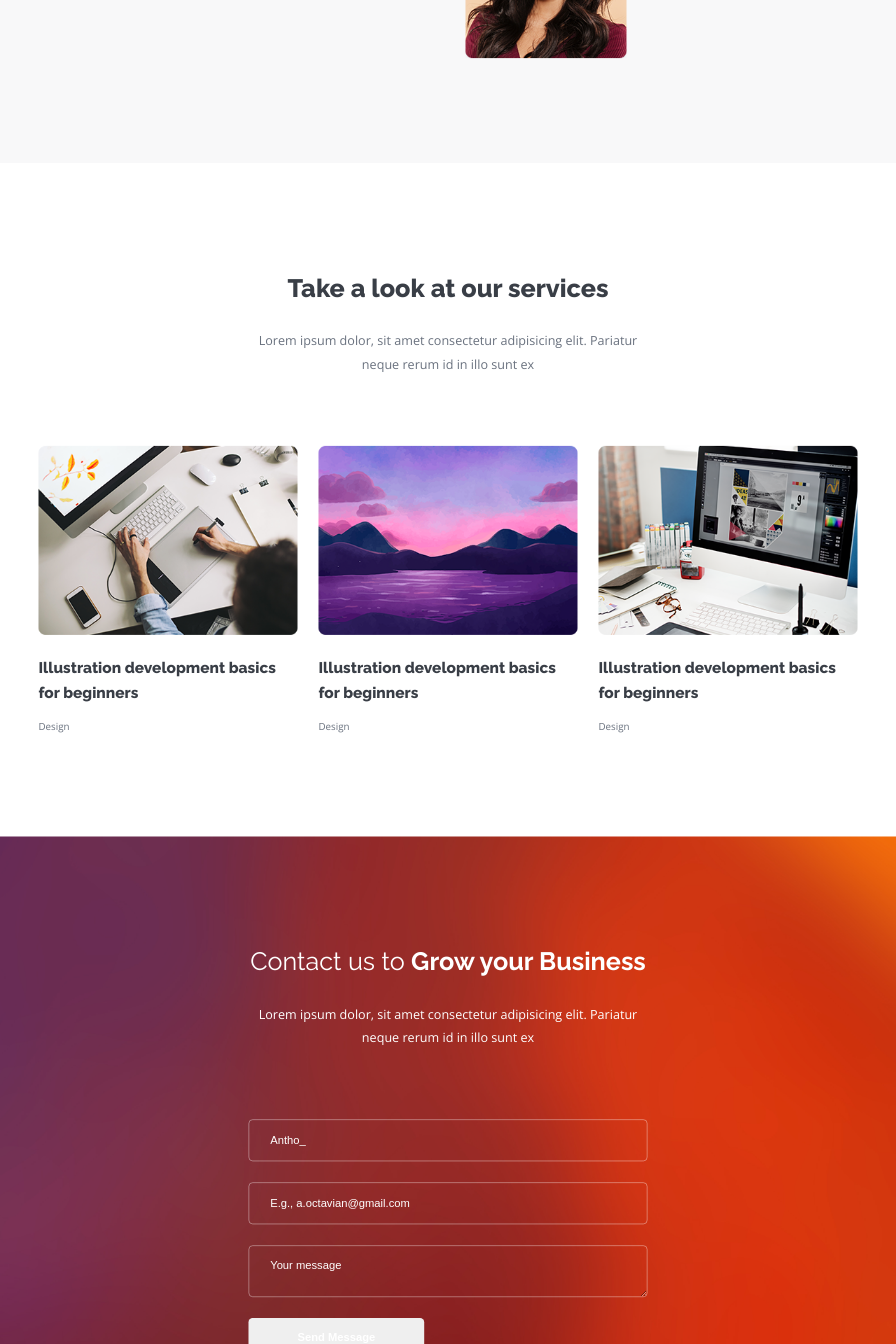
Repository: huydev0401/octavian-1
Page: index.html
These files come from the project's save history. The page is drawn as it stood at one moment and after the next save; the edit follows.
The browser window is 1280 px wide. The pictures show the part of the page from y = 4580 to 6500 px (the page is 6668 px tall before and 6685 px after), at 70% of full size.
The style sheet was rebuilt from its Sass, Less or Tailwind sources for each picture, by a compiler version that may differ from the author's.

Above is the page before, as saved 2021-09-02 15:35:45.

### index.html
<!DOCTYPE html>
<html lang="en">
  <head>
    <meta charset="UTF-8" />
    <meta http-equiv="X-UA-Compatible" content="IE=edge" />
    <meta name="viewport" content="width=device-width, initial-scale=1.0" />
    <title>Octavian 1</title>
    <link rel="preconnect" href="https://fonts.googleapis.com">
    <link rel="preconnect" href="https://fonts.gstatic.com" crossorigin>
    <link
        href="https://fonts.googleapis.com/css2?family=Open+Sans:ital,wght@0,300;0,400;0,600;1,700&family=Raleway:wght@400;600;700;800&display=swap"
        rel="stylesheet">
    <link href="https://unpkg.com/ionicons@4.5.10-0/dist/css/ionicons.min.css" rel="stylesheet">
    <link rel="stylesheet" href="./css/app.css">
  </head>
  <body>
    <div class="wrapper">
        <header class="header">
            <div class="container">
                <div class="header-main">
                    <a href="index.html" class="header-logo">
                        <img src="./images/logo.png" alt="">
                    </a>
                    <div class="navigation">
                        <span class="header-phone">
                            Phone: <a href="tel: +055 - 951 237 851">+055 - 951 237 851</a>
                        </span>
                        <img src="./images/icon-search.png" alt="" class="icon-search">
                        <img src="./images/icon-bars.png" alt="" class="menu-toogle">
                    </div>
                </div>
            </div>
        </header>
        <main class="main">
            <section class="hero">
                <img src="./images/img1.png" alt="" class="hero-image">
                <div class="hero-content">
                    <h2 class="hero-caption">
                        creative & digital
                    </h2>
                    <h1 class="hero-heading">
                        Agency
                    </h1>
                    <a href="#" class="hero-link">Purchase Now</a>
                </div>
            </section>
            <section class="portfolio">
                <div class="container">
                   <div class="portfolio-list">
                        <div class="portfolio-column">
                            <div class="portfolio-item">
                                <a href="#" class="portfolio-image">
                                    <img src="./images/img2.png" alt="">
                                </a>
                                <h3>
                                    <a class="portfolio-title title" href="#">Campaign of exhibition of architectural field</a>
                                </h3>
                                <span>
                                    <a href="#" class="portfolio-category text--small">Brand</a>
                                </span>
                            </div>
                            <div class="portfolio-item">
                                <a href="#" class="portfolio-image">
                                    <img src="./images/img3.png" alt="">
                                </a>
                                <h3>
                                    <a class="portfolio-title title" href="#">Campaign of exhibition of architectural field</a>
                                </h3>
                                <span>
                                    <a href="#" class="portfolio-category text--small">Brand</a>
                                </span>
                            </div>
                            <div class="portfolio-item">
                                <a href="#" class="portfolio-image">
                                    <img src="./images/img4.png" alt="">
                                </a>
                                <h3>
                                    <a class="portfolio-title title" href="#">Campaign of exhibition of architectural field</a>
                                </h3>
                                <span>
                                    <a href="#" class="portfolio-category text--small">Brand</a>
                                </span>
                            </div>
                        </div>
                        <div class="portfolio-column">
                            <div class="portfolio-item">
                                <a href="#" class="portfolio-image">
                                    <img src="./images/img5.png" alt="">
                                </a>
                                <h3>
                                    <a class="portfolio-title title" href="#">Campaign of exhibition of architectural field</a>
                                </h3>
                                <span>
                                    <a href="#" class="portfolio-category text--small">Brand</a>
                                </span>
                            </div>
                            <div class="portfolio-item">
                                <a href="#" class="portfolio-image">
                                    <img src="./images/img6.png" alt="">
                                </a>
                                <h3>
                                    <a class="portfolio-title title" href="#">Campaign of exhibition of architectural field</a>
                                </h3>
                                <span>
                                    <a href="#" class="portfolio-category text--small">Brand</a>
                                </span>
                            </div>
                            <div class="portfolio-item">
                                <a href="#" class="portfolio-image">
                                    <img src="./images/img7.png" alt="">
                                </a>
                                <h3>
                                    <a class="portfolio-title title" href="#">Campaign of exhibition of architectural field</a>
                                </h3>
                                <span>
                                    <a href="#" class="portfolio-category text--small">Brand</a>
                                </span>
                            </div>
                            <div class="portfolio-item">
                                <a href="#" class="portfolio-image">
                                    <img src="./images/img8.png" alt="">
                                </a>
                                <h3>
                                    <a class="portfolio-title title" href="#">Campaign of exhibition of architectural field</a>
                                </h3>
                                <span>
                                    <a href="#" class="portfolio-category text--small">Brand</a>
                                </span>
                            </div>
                        </div>
                        <div class="portfolio-column">
                            <div class="portfolio-item">
                                <a href="#" class="portfolio-image">
                                    <img src="./images/img9.png" alt="">
                                </a>
                                <h3>
                                    <a class="portfolio-title title" href="#">Campaign of exhibition of architectural field</a>
                                </h3>
                                <span>
                                    <a href="#" class="portfolio-category text--small">Brand</a>
                                </span>
                            </div>
                            <div class="portfolio-item">
                                <a href="#" class="portfolio-image">
                                    <img src="./images/img10.png" alt="">
                                </a>
                                <h3>
                                    <a class="portfolio-title title" href="#">Campaign of exhibition of architectural field</a>
                                </h3>
                                <span>
                                    <a href="#" class="portfolio-category text--small">Brand</a>
                                </span>
                            </div>
                            <div class="portfolio-item">
                                <a href="#" class="portfolio-image">
                                    <img src="./images/img11.png" alt="">
                                </a>
                                <h3>
                                    <a class="portfolio-title title" href="#">Campaign of exhibition of architectural field</a>
                                </h3>
                                <span>
                                    <a href="#" class="portfolio-category text--small">Brand</a>
                                </span>
                            </div>
                        </div>
                   </div>
                   <a href="#" class="btn btn--primary portfolio-link">Get Started</a>
                </div>
            </section>
            <section class="partner">
                <div class="container">
                    <div class="partner-list">
                        <a href="#" class="partner-item">
                            <img src="./images/logo1.png" alt="">
                        </a>
                        <a href="#" class="partner-item">
                            <img src="./images/logo2.png" alt="">
                        </a>
                        <a href="#" class="partner-item">
                            <img src="./images/logo3.png" alt="">
                        </a>
                        <a href="#" class="partner-item">
                            <img src="./images/logo4.png" alt="">
                        </a>
                        <a href="#" class="partner-item">
                            <img src="./images/logo5.png" alt="">
                        </a>
                        <a href="#" class="partner-item">
                            <img src="./images/logo6.png" alt="">
                        </a>
                        <a href="#" class="partner-item">
                            <img src="./images/logo7.png" alt="">
                        </a>
                        <a href="#" class="partner-item">
                            <img src="./images/logo8.png" alt="">
                        </a>
                    </div>
                </div>
            </section>
            <section class="team">
                <div class="container">
                   <div class="team-main">
                        <div class="team-content">
                            <h2 class="team-heading heading">
                                Our team will be Happy to help you
                            </h2>
                            <p class="team-desc text">
                                Lorem ipsum dolor sit amet consectetur adipisicing elit. Mollitia sapiente perferendis architecto repudiandae
                            </p>
                            <a href="#" class="btn btn--primary team-link">Get Started</a>
                        </div>
                        <div class="team-images">
                            <div class="team-column">
                                <a href="#" class="team-image">
                                    <img src="./images/team1.png" alt="">
                                </a>
                                <a href="#" class="team-image">
                                    <img src="./images/team2.png" alt="" class="team-image2">
                                </a>
                            </div>
                            <div class="team-column">
                                <a href="#" class="team-image">
                                    <img src="./images/team3.png" alt="">
                                </a>
                            </div>
                        </div>
                   </div>
                </div>
            </section>
            <section class="blog">
                <div class="container">
                    <div class="blog-header">
                        <h2 class="blog-heading heading">
                            Take a look at our services
                        </h2>
                        <p class="blog-desc text">
                            Lorem ipsum dolor, sit amet consectetur adipisicing elit. Pariatur neque rerum id in illo sunt ex
                        </p>
                    </div>
                    <div class="blog-content">
                        <div class="blog-item">
                            <a href="#" class="blog-image">
                                <img src="./images/blog1.png" alt="">
                            </a>
                            <h3>
                                <a href="#" class="blog-title title">
                                    Illustration development basics for beginners
                                </a>
                            </h3>
                            <a href="#" class="blog-category text--small">Design</a>
                        </div>
                        <div class="blog-item">
                            <a href="#" class="blog-image">
                                <img src="./images/blog2.png" alt="">
                            </a>
                            <h3>
                                <a href="#" class="blog-title title">
                                    Illustration development basics for beginners
                                </a>
                            </h3>
                            <a href="#" class="blog-category text--small">Design</a>
                        </div>
                        <div class="blog-item">
                            <a href="#" class="blog-image">
                                <img src="./images/blog3.png" alt="">
                            </a>
                            <h3>
                                <a href="#" class="blog-title title">
                                    Illustration development basics for beginners
                                </a>
                            </h3>
                            <a href="#" class="blog-category text--small">Design</a>
                        </div>
                    </div>
                </div>
            </section>
            <section class="contact">
                <div class="container">
                    <div class="contact-container">
                        <div class="contact-header">
                            <h2 class="contact-heading heading">
                                Contact us to <span>Grow your Business</span>
                            </h2>
                            <p class="contact-desc text">
                                Lorem ipsum dolor, sit amet consectetur adipisicing elit. Pariatur neque rerum id in illo sunt ex
                            </p>
                        </div>
                        <form class="contact-form">
                            <input type="text" class="contact-input contact-filed" placeholder="Antho_">
                            <input type="email" class="contact-input contact-filed" placeholder="E.g., a.octavian@gmail.com">
                            <textarea class="contact-area contact-filed" placeholder="Your message"></textarea>
                            <button type="submit" class="btn btn-secondary">Send Message</button>
                        </form>
                    </div>
                </div>
            </section>
        </main>
    </div>
  </body>
</html>

### scss/app.scss
@import "variables";
@import "function";
@import "reset";
@import "base";
@import "header";
@import "hero";
@import "portfolio";
@import "partner";
@import "team";
@import "blog";
@import "contact";

### scss/_variables.scss
$primary-font: "Open Sans", sans-serif;
$secondary-font: "Raleway", sans-serif;
$gray: #393e46;
$gray-dark: #282f3a;
$gray-darkest: #252b36;
$gray-light: #6a727f;
$gray-lightest: #f8f8f9;
$blue-color: #4a44f2;

### scss/_function.scss
@use 'sass:math';
@function lineH($s, $h) {
  @return math.div($s, $h);
} ;

### scss/_base.scss
*,
*:before,
*:after {
  box-sizing: border-box;
}
/* using rem unit */
html {
  font-size: 62.5%;
  scroll-behavior: smooth;
}
a {
  text-decoration: none;
}
img {
  display: block;
  max-width: 100%;
}
body {
  font-family: $primary-font;
  font-size: 18px;
  line-height: 1;
}
input,
button,
textarea,
select {
  outline: none;
  font-family: "Poppins", sans-serif;
  font-size: 16px;
  line-height: 1;
}
input {
  line-height: normal;
}
button {
  cursor: pointer;
}

h1,
h2,
h3,
h4,
h5,
h6 {
  font-family: $secondary-font;
}

.wrapper {
  max-width: 1920px;
  margin: 0 auto;
}

.container {
  max-width: 1200px;
  margin: 0 auto;
  padding-left: 15px;
  padding-right: 15px;
}

.heading {
  font-size: 36px;
  font-weight: 800;
  line-height: lineH(56, 36);
  margin-bottom: 30px;
  color: $gray;
}

.title {
  display: block;
  font-size: 22px;
  line-height: lineH(35, 22);
  color: $gray;
  font-weight: 800;
  margin-bottom: 20px;
  margin-top: 30px;
}

.text {
  display: block;
  font-weight: 400;
  color: $gray-light;
  line-height: lineH(34, 18);
  &--small {
    font-size: 14px;
    color: $gray-light;
  }
}

.btn {
  border: none;
  outline: none;
  cursor: pointer;
  display: inline-flex;
  align-items: center;
  justify-content: center;
  height: 55px;
  padding-left: 70px;
  padding-right: 70px;
  border-radius: 6px;
  color: #fff;
  font-weight: 600;
  font-size: 16px;
  &--primary {
    background-color: $blue-color;
  }
}

### scss/_header.scss
.header {
  &-main {
    padding: 40px 0;
    display: flex;
    align-items: center;
    justify-content: space-between;
  }
  &-logo {
    display: inline-block;
  }
  &-phone {
    display: inline-block;
    font-size: 16px;
    font-weight: 300;
    color: $gray;
    a {
      font-weight: 600;
      color: inherit;
      margin-left: 20px;
    }
  }
}

.navigation {
  display: flex;
  align-items: center;
  gap: 0 70px;
}

### scss/_hero.scss
.hero {
  margin-bottom: 200px;
  position: relative;
  &-image {
    margin-left: auto;
    max-width: 65%;
  }
  &-content {
    position: absolute;
    z-index: 2;
    left: 18.75%;
    top: 50%;
    transform: translateY(-50%);
    color: $gray;
  }
  &-caption {
    font-size: 72px;
    font-weight: 600;
    margin-bottom: 20px;
  }
  &-heading {
    font-size: 150px;
    font-weight: 800;
    text-transform: uppercase;
    margin-bottom: 40px;
  }
  &-link {
    color: $gray-light;
    text-decoration: underline;
  }
}

### scss/_portfolio.scss
.portfolio {
  margin-bottom: 150px;
  &-list {
    display: grid;
    grid-template-columns: repeat(3, 1fr);
    grid-gap: 0 90px;
    margin-bottom: 100px;
  }
  &-column {
    display: flex;
    align-items: center;
    flex-direction: column;
    gap: 90px 0;
  }
  &-link {
    position: relative;
    left: 50%;
    transform: translateX(-50%);
  }
}

### scss/_partner.scss
.partner {
  padding: 150px 0;
  &-list {
    display: grid;
    grid-template-columns: repeat(4, 1fr);
    grid-gap: 100px 0;
  }
  &-item {
    display: flex;
    justify-content: center;
    align-items: center;
    padding: 0 45px;
    transition: all 0.2s linear;
    &:hover {
      opacity: 0.3;
    }
  }
}

### scss/_team.scss
.team {
  padding: 150px 0;
  background-color: $gray-lightest;
  &-main {
    display: flex;
    align-items: center;
    gap: 0 100px;
  }
  &-content {
    max-width: 370px;
  }
  &-desc {
    margin-bottom: 50px;
  }
  &-images {
    max-width: 670px;
    display: flex;
    align-items: center;
    gap: 0 30px;
  }
  &-image2 {
    margin: 30px 0 0 auto;
  }
}

### scss/_blog.scss
.blog {
  padding: 150px 0;
  &-header {
    max-width: 570px;
    margin: 0 auto 100px;
    text-align: center;
  }
  &-content {
    display: grid;
    grid-template-columns: repeat(3, 1fr);
    grid-gap: 0 30px;
  }
}

### scss/_contact.scss
.contact {
  padding: 150px 0;
  background: url("../images/contact-bg.png") no-repeat center / cover;
  &-container {
    max-width: 570px;
    margin: 0 auto;
  }
  &-header {
    text-align: center;
    margin-bottom: 100px;
  }
  &-heading {
    font-weight: 400;
    span {
      font-weight: 700;
    }
  }
  &-heading,
  &-desc {
    color: #fff;
  }
  .contact-filed {
    outline: none;
    border: 1px solid rgba(#fff, 0.5);
    background-color: transparent;
    padding: 20px 30px;
    margin-bottom: 30px;
    border-radius: 6px;
    display: block;
    width: 100%;
    color: #fff;
    font-weight: 400;
    &::-webkit-input-placeholder {
      color: #fff;
    }
    &::-moz-input-placeholder {
      color: #fff;
    }
  }
}

Loaded but not shown: scss/_reset.scss (common file)

After the next save:
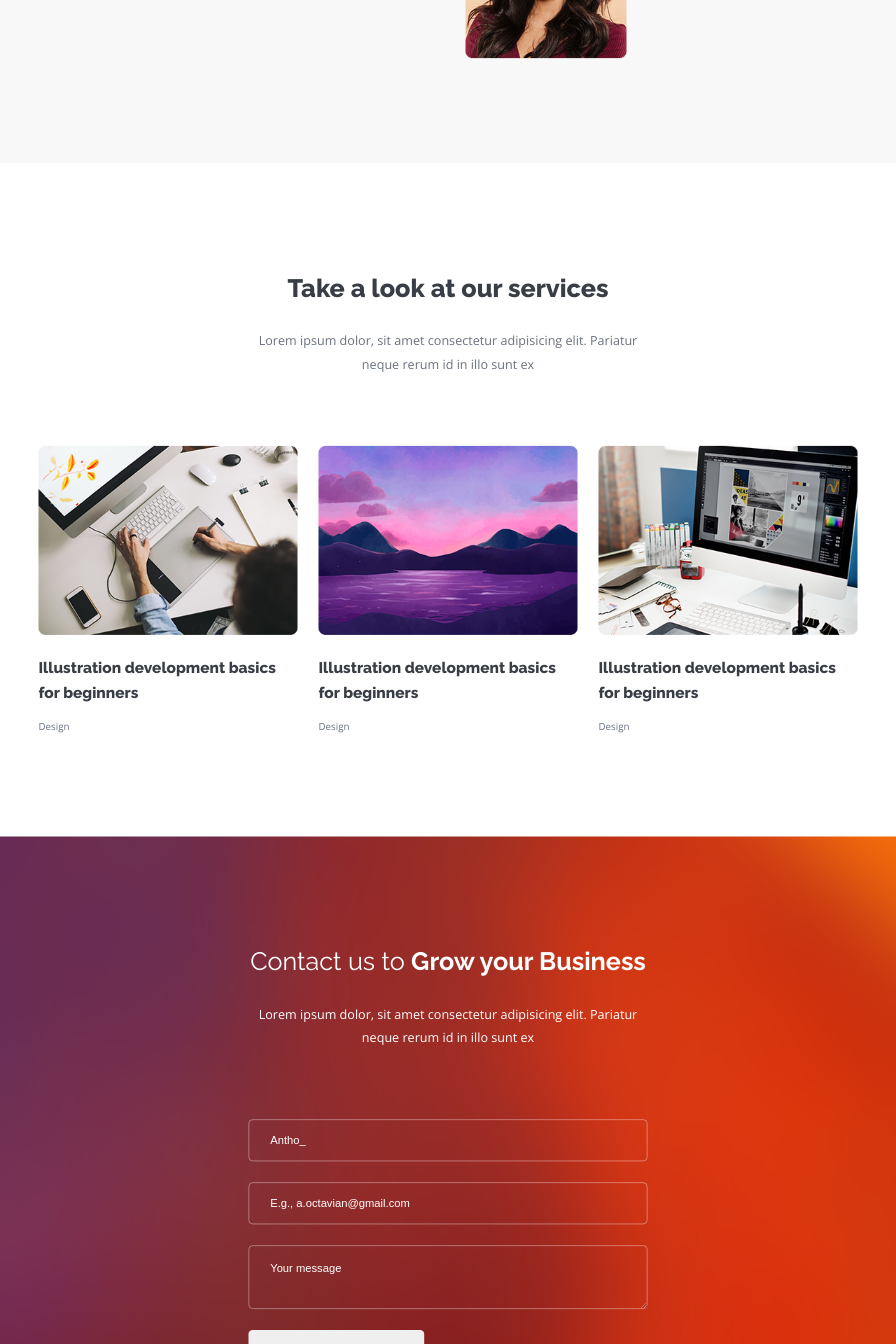
Saved 29 s later.
--- a/scss/_contact.scss
+++ b/scss/_contact.scss
@@ -37,4 +37,7 @@
       color: #fff;
     }
   }
+  .contact-area {
+    line-height: 1.55;
+  }
 }
